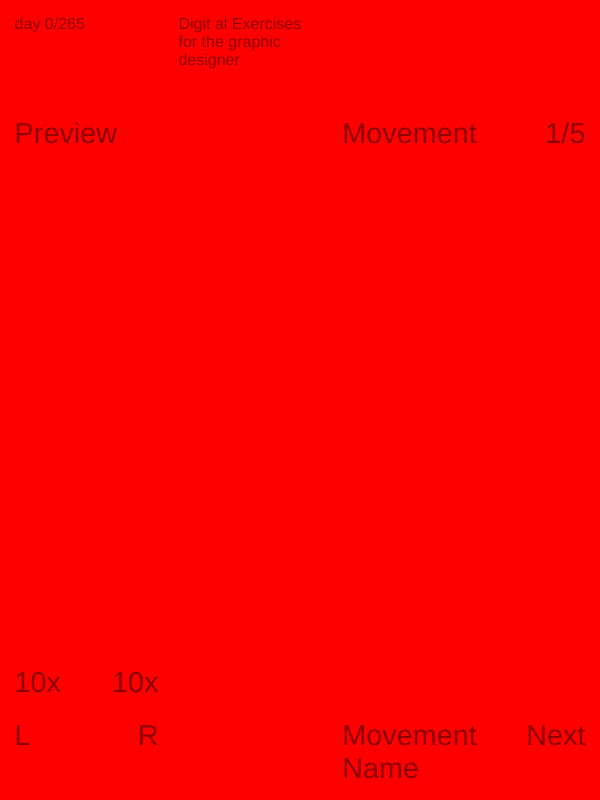
Repository: NoIdeasStudio/holiday-card-2024
Page: digit-al-exercises.html
An editor plug-in stored every save of this project. The page is shown before and after the next save, followed by the edit.
The browser window is 600 px wide. The pictures show the whole page.

Above is the page before, as saved 2024-12-04 13:12:02.

After the next save:
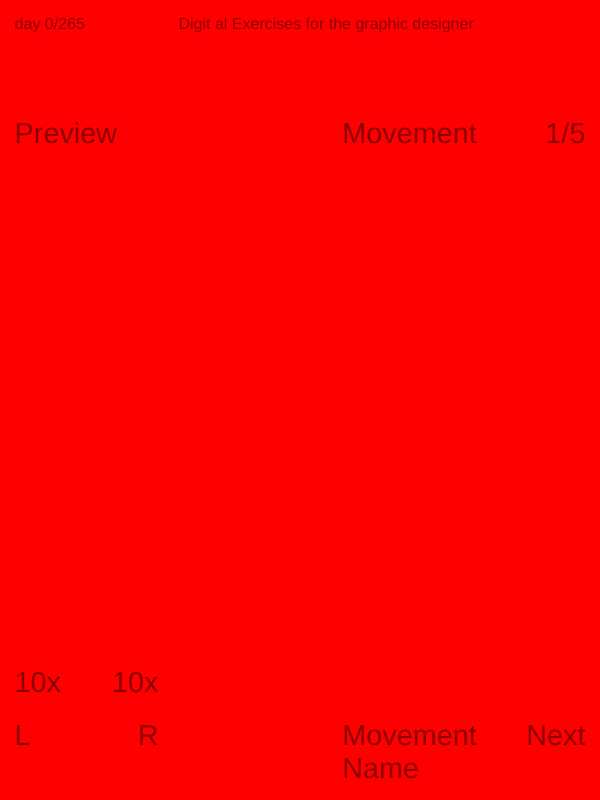
Saved 11 s later.
--- a/style.css
+++ b/style.css
@@ -97,7 +97,7 @@
     grid-row: 1 / 1;
   }
   .header-2{
-    grid-column: col-start 2 / span 1;
+    grid-column: col-start 2 / span 2;
     grid-row: 1 / 1;
   }
   .content-header-1{
